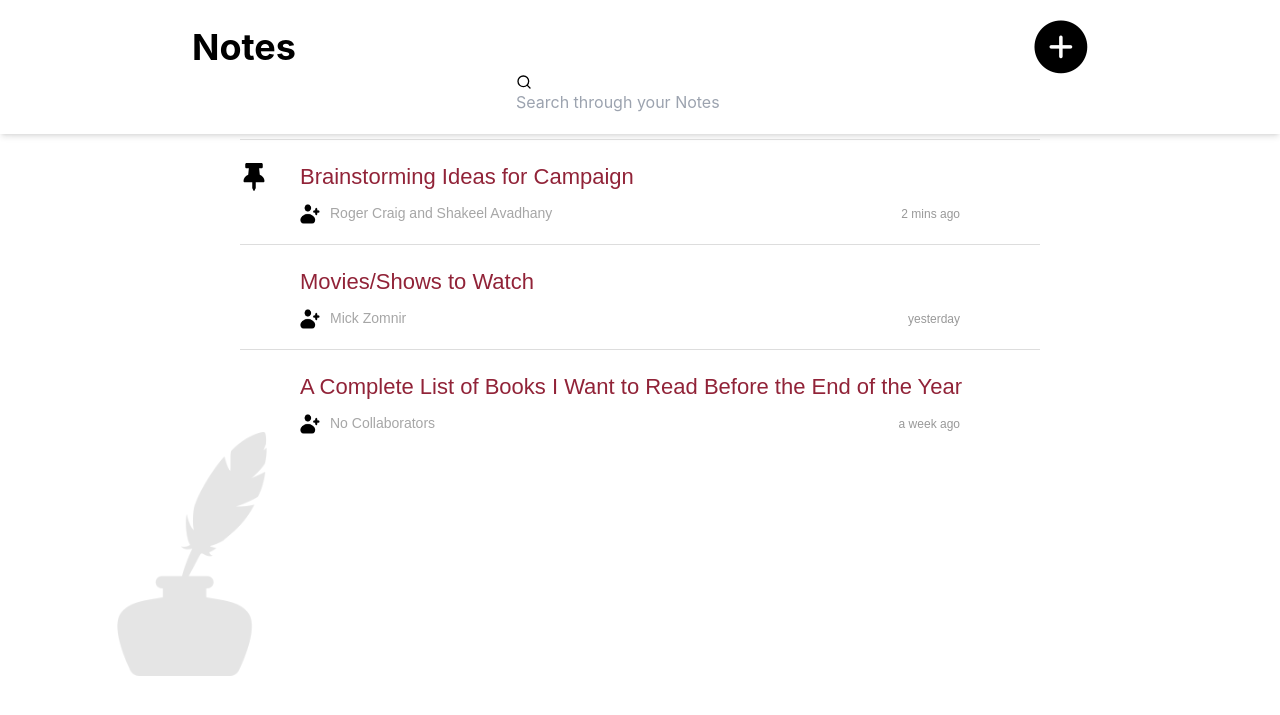
Repository: shabiasaeed/Notes-app
Page: /
The author's editor kept a copy of each file at every save. The page is drawn from the files as they stood at one save, then again after the next save.
The browser window is 1280 px wide. The pictures show the whole page.
The project was rebuilt for these pictures with package versions that can differ from the ones it lists, and the page was loaded fresh each time. Also part of the build but not shown: src/components/Header.css.

Above is the page before, as saved 2025-01-01 17:53:39.

After the next save:
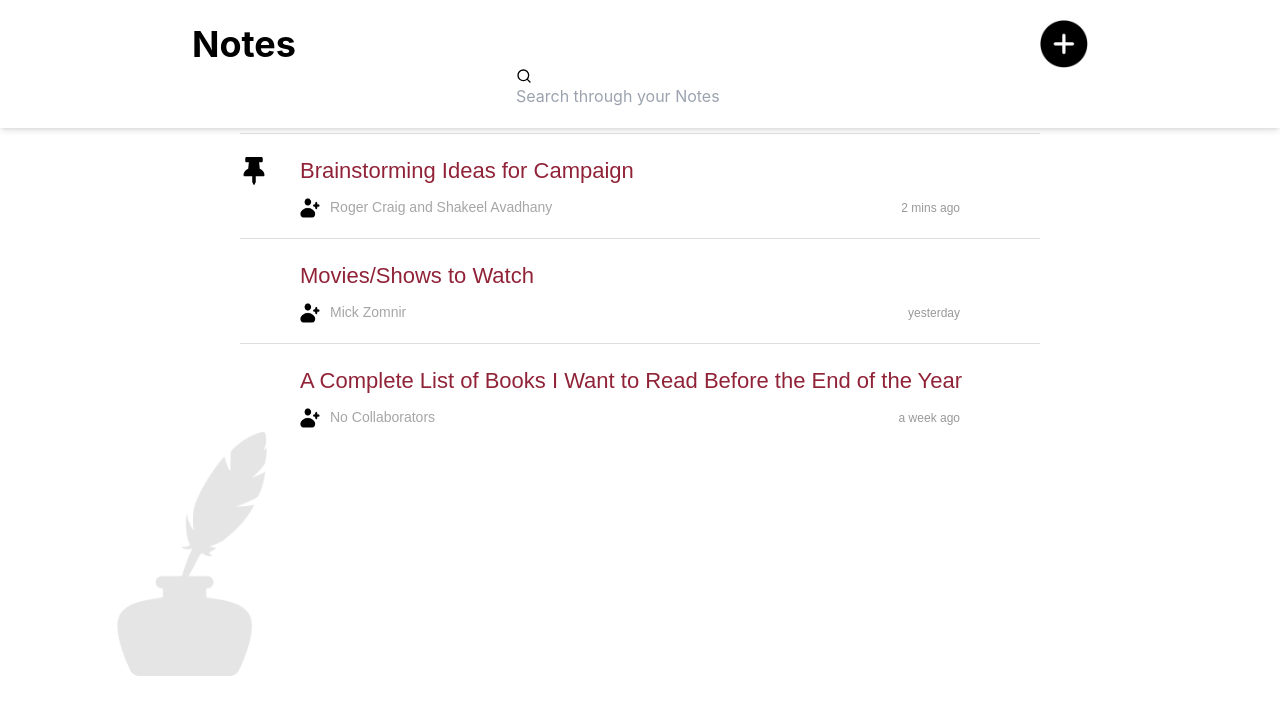
Saved 19 s later.
--- a/src/components/Header.js
+++ b/src/components/Header.js
@@ -10,7 +10,7 @@ const Header = ({ setSearchNotes }) => {
       <div className="flex items-center justify-between w-full max-w-4xl">
         <h1 className="text-4xl font-bold text-black">Notes</h1>
         <button className="bg-transparent border-none cursor-pointer">
-          <img src={addButton} alt="Add"/>
+          <img src={addButton} alt="Add" className="w-12 h-12"/>
         </button>
       </div>
       <div className="search-bar">
